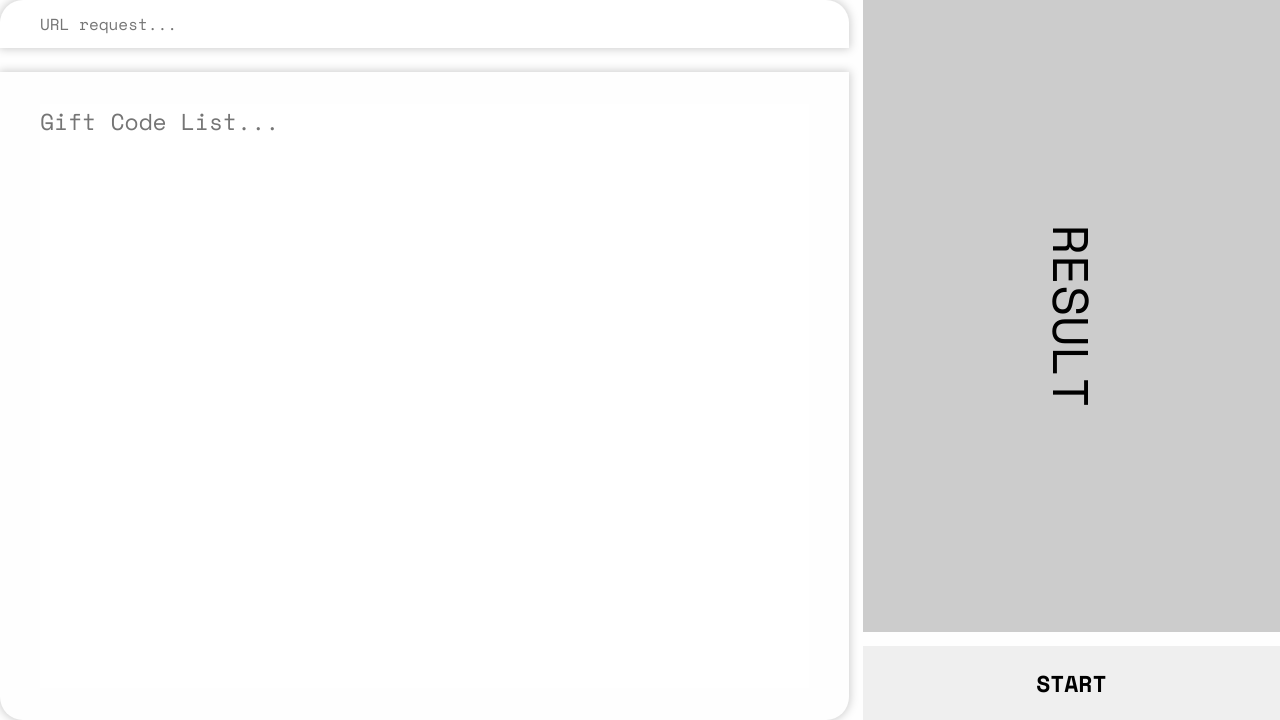
Repository: 777hanh777hanh/test
Page: index.html
An editor plug-in stored every save of this project. The page is shown before and after the next save, followed by the edit.
The browser window is 1280 px wide. The pictures show the whole page.

Above is the page before, as saved 2023-06-30 17:50:34.

### index.html
<!DOCTYPE html>
<html lang="en">
    <head>
        <meta charset="UTF-8" />
        <meta name="viewport" content="width=device-width, initial-scale=1.0" />
        <title>Request API</title>
        <!-- Fonts -->
        <link rel="preconnect" href="https://fonts.googleapis.com" />
        <link rel="preconnect" href="https://fonts.gstatic.com" crossorigin />
        <link
            href="https://fonts.googleapis.com/css2?family=Space+Mono:wght@400;700&display=swap"
            rel="stylesheet"
        />
        <!-- CSS -->
        <link rel="stylesheet" href="./assets/css/reset.css" />
        <link rel="stylesheet" href="./assets/css/style.css" />
    </head>
    <body>
        <div class="inner">
            <!-- Input URL -->
            <div class="url-block">
                <input type="text" name="" id="url" class="url" placeholder="URL request..."></input>
            </div>
            <!-- Text Area -->
            <div class="giftCode-block">
                <textarea name="" id="giftCode" class="giftCode" placeholder="Gift Code List..."></textarea>
            </div>

            <!-- Result Block -->
            <div class="result-block">
                <div class="result"></div>
                <button class="btn">Start</button>
            </div>
        </div>
        <script src="./assets/js/main.js"></script>
    </body>
</html>

### assets/css/reset.css
html,
body,
div,
span,
applet,
object,
iframe,
h1,
h2,
h3,
h4,
h5,
h6,
p,
blockquote,
pre,
a,
abbr,
acronym,
address,
big,
cite,
code,
del,
dfn,
em,
img,
ins,
kbd,
q,
s,
samp,
small,
strike,
strong,
sub,
sup,
tt,
var,
b,
u,
i,
center,
dl,
dt,
dd,
ol,
ul,
li,
fieldset,
form,
label,
legend,
table,
caption,
tbody,
tfoot,
thead,
tr,
th,
td,
article,
aside,
canvas,
details,
embed,
figure,
figcaption,
footer,
header,
hgroup,
menu,
nav,
output,
ruby,
section,
summary,
time,
mark,
audio,
video {
    margin: 0;
    padding: 0;
    border: 0;
    font-size: 100%;
    font: inherit;
    vertical-align: baseline;
}
/* HTML5 display-role reset for older browsers */
article,
aside,
details,
figcaption,
figure,
footer,
header,
hgroup,
menu,
nav,
section {
    display: block;
}
body {
    line-height: 1;
}
ol,
ul {
    list-style: none;
}
blockquote,
q {
    quotes: none;
}
blockquote:before,
blockquote:after,
q:before,
q:after {
    content: '';
    content: none;
}
table {
    border-collapse: collapse;
    border-spacing: 0;
}

button,
input,
textarea,
[tabindex] {
    outline: none;
    border: none;
    font-family: inherit;
}

a {
    text-decoration: none;
}

### assets/css/style.css
:root {
    --text-color: #333;
    --font-family: 'Space Mono', monospace;
}

* {
    padding: 0;
    margin: 0;
    box-sizing: border-box;
}

html {
    font-size: 62.5%;
}

body {
    min-height: 100vh;
    font-family: var(--font-family, 'system-ui');
    -webkit-font-smoothing: antialiased;
    -moz-osx-font-smoothing: grayscale;
    font-size: 1.6rem;
    overflow: overlay;
    background: #fefefe;
}

html *::-webkit-scrollbar {
    border-radius: 0;
    width: 8px;
}
html *::-webkit-scrollbar-thumb {
    border-radius: 4px;
    background-color: rgba(22, 24, 35, 0.06);
}
html *::-webkit-scrollbar-track {
    border-radius: 0;
    background-color: rgba(0, 0, 0, 0);
}

/* CSS */
.inner {
    min-height: 100vh;
    display: grid;
    grid-template-columns: repeat(3, 1fr);
    grid-template-rows: auto 3fr;
    grid-template-areas:
        'url url result'
        'giftCode giftCode result';
    column-gap: 14px;
    row-gap: 24px;
}

/* Input Block */
.url-block {
    grid-area: url;
}

.url {
    display: block;
    padding: 12px 40px;
    width: 100%;
    height: 100%;
    font-size: 1.6rem;
    border-radius: 23px 23px 0 0;
    box-shadow: 0 0 10px 1px #ccc;
}

.giftCode-block {
    grid-area: giftCode;
    padding: 32px 40px;
    border-radius: 0 0 23px 23px;
    box-shadow: 0 0 10px 1px #ccc;
}

.giftCode {
    display: block;
    width: 100%;
    height: 100%;
    font-size: 2.3rem;
    font-family: var(--font-family, 'monospace');
    resize: none;
}

.result-block {
    grid-area: result;
    display: flex;
    flex-direction: column;
    row-gap: 14px;
}

.result {
    position: relative;
    display: flex;
    justify-content: center;
    align-items: center;
    flex-grow: 1;
    border: 1px solid #ccc;
    background: #ccccccff;
}

.result:empty::before {
    display: inline-block;
}

.result::before {
    display: none;
    position: absolute;
    content: 'Result';
    text-transform: uppercase;
    font-size: 5rem;
    transform: rotate(90deg);
    overflow: visible;
}

.btn {
    padding: 20px;
    font-size: 2.3rem;
    font-weight: 700;
    text-transform: uppercase;
}

.btn:hover {
    cursor: pointer;
}

Loaded but not shown: assets/js/main.js (no stored copy; drawn as an empty file)

After the next save:
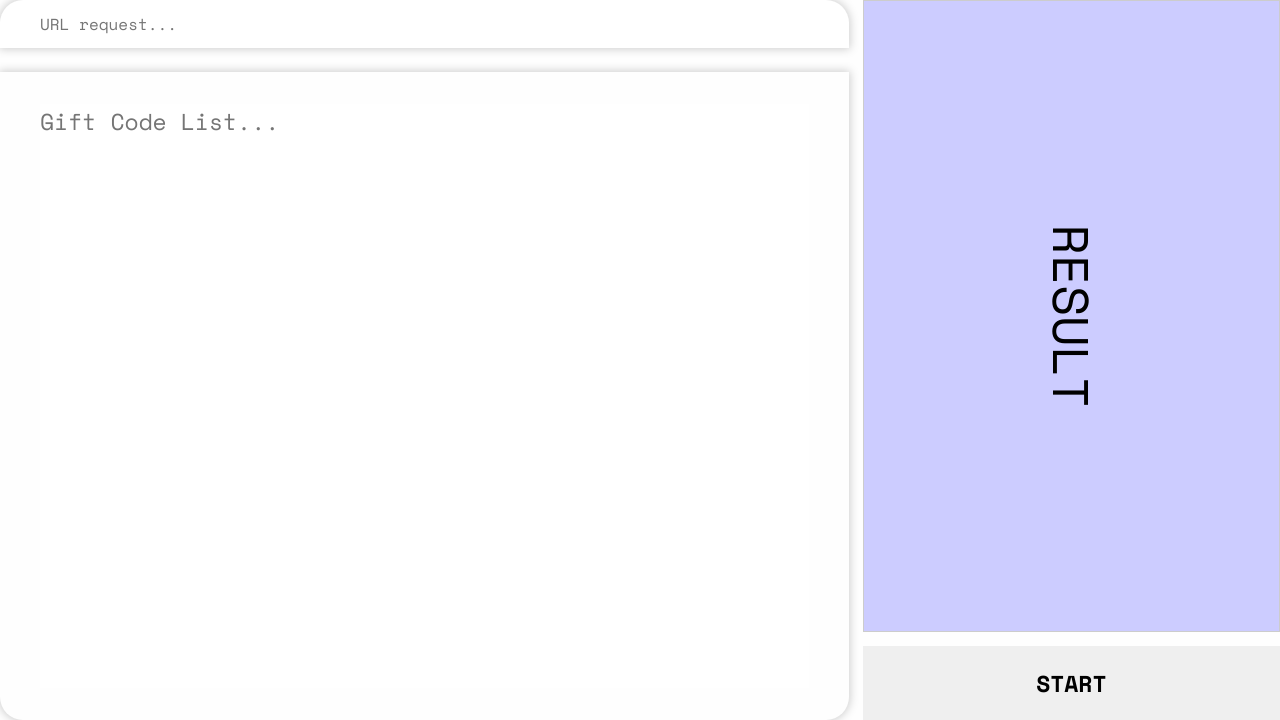
Saved 4 s later.
--- a/assets/css/style.css
+++ b/assets/css/style.css
@@ -94,7 +94,7 @@ html *::-webkit-scrollbar-track {
     align-items: center;
     flex-grow: 1;
     border: 1px solid #ccc;
-    background: #ccccccff;
+    background: #ccccff;
 }
 
 .result:empty::before {
